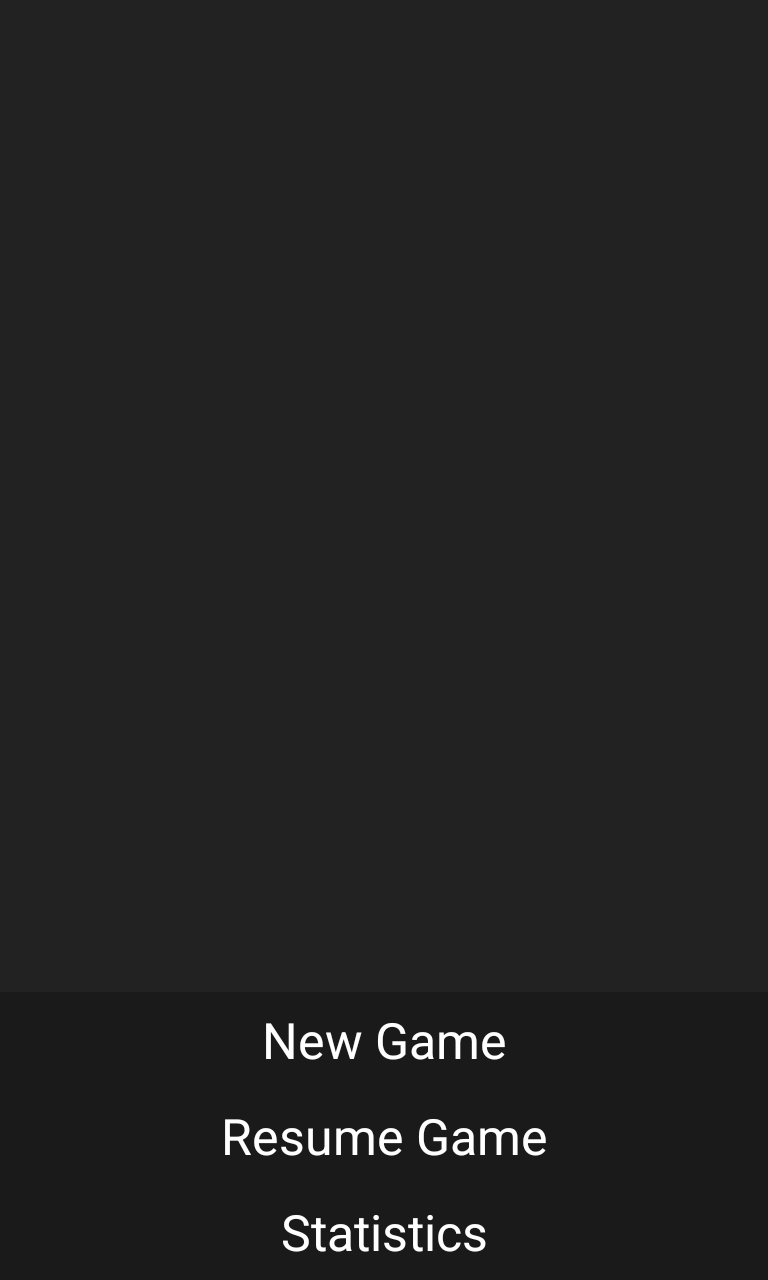
Repository: andyhurd/SuperMunchkin
Layout: SuperMunchkin/res/layout/activity_main_menu.xml
The author's editor kept a copy of each file at every save. The layout is drawn from the files as they stood at one save, then again after the next save.
It is drawn on a 768 x 1280 px phone screen (xhdpi) without system bars, with theme AppTheme; the app's code is not run.

Above is the layout before, as saved 2012-11-02 01:19:05.

### SuperMunchkin/res/layout/activity_main_menu.xml

    <LinearLayout xmlns:android="http://schemas.android.com/apk/res/android"
        android:layout_width="fill_parent"
        android:layout_height="fill_parent"
        android:orientation="vertical"
        android:gravity="bottom"
        android:background="@color/charcoal" >

	    <LinearLayout
	        android:layout_width="fill_parent"
	        android:layout_height="wrap_content"
	        android:orientation="vertical"
	        android:gravity="center"
	        android:background="@color/charcoal_accent" >

	        <Button
	            android:id="@+id/newGameButton"
	            android:layout_width="match_parent"
	            android:layout_height="wrap_content"
	            android:text="@string/new_game"
		        android:textColor="@android:color/white"
		        android:textSize="25dip"
		        style="?android:attr/borderlessButtonStyle" />

	        <Button
	            android:id="@+id/resumeGameButton"
	            android:layout_width="match_parent"
	            android:layout_height="wrap_content"
	            android:text="@string/resume_game"
		        android:textColor="@android:color/white"
		        android:textSize="25dip"
		        style="?android:attr/borderlessButtonStyle" />

	        <Button
	            android:id="@+id/statisticsButton"
	            android:layout_width="match_parent"
	            android:layout_height="wrap_content"
	            android:text="@string/statistics"
		        android:textColor="@android:color/white"
		        android:textSize="25dip"
		        style="?android:attr/borderlessButtonStyle" />
        </LinearLayout>

    </LinearLayout>

### SuperMunchkin/res/values/colors.xml
<resources>

    <color name="charcoal">#222222</color>
    <color name="charcoal_accent">#1A1A1A</color>
    <color name="mist">#BBBBBB</color>
    <color name="holo_blue_bright">#FF33FFFF</color>

</resources>

### SuperMunchkin/res/values/strings.xml
<resources>

    <string name="app_name">SuperMunchkin</string>
    <string name="averageGearAbbr">AVG GEAR</string>
    <string name="averageLevelAbbr">AVG LEVEL</string>
    <string name="cancel">Cancel</string>
    <string name="choose_next">Choose Next</string>
    <string name="declare_victor">is the winner!</string>
    <string name="done">Done</string>
    <string name="false_abbr">F</string>
    <string name="finish">Finish</string>
    <string name="firstName">First Name</string>
    <string name="first_player_prompt">Who Plays First?</string>
    <string name="gamesPlayedAbbr">GAMES PLAYED</string>
    <string name="gamesWonAbbr">GAMES WON</string>
    <string name="gear">Gear</string>
    <string name="gearAbbr">GEAR</string>
    <string name="lastName">Last Name</string>
    <string name="level">Level</string>
    <string name="levelAbbr">LEVEL</string>
    <string name="menu_settings">Settings</string>
    <string name="nextPlayer">Next Player</string>
    <string name="next_player_prompt">Who Plays Next?</string>
    <string name="one">1</string>
    <string name="new_game">New Game</string>
    <string name="player">PLAYER</string>
    <string name="playerName">Player Name</string>
    <string name="plus_sign">+</string>
    <string name="previousPlayer">Previous Player</string>
    <string name="reorder">Reorder</string>
    <string name="removePlayers">Remove Players</string>
    <string name="remove">Remove</string>
    <string name="restorePlayers">Restore Players</string>
    <string name="restore">Restore</string>
    <string name="resume_game">Resume Game</string>
    <string name="unfinished_game">Unfinished Game</string>
    <string name="save">Save</string>
    <string name="start">Start</string>
    <string name="statistics">Statistics</string>
    <string name="totalGearAbbr">TOTAL GEAR</string>
    <string name="totalLevelAbbr">TOTAL LEVEL</string>
    <string name="true_abbr">T</string>
    <string name="warrior">Warrior</string>
    <string name="warriorAbbr">WARR</string>
    <string name="warriorFull">WARRIOR</string>
    <string name="winPercentageAbbr">WIN%</string>
    <string name="zero">0</string>
    <string name="zeroPercent">0.0%</string>

</resources>

Loaded but not shown: SuperMunchkin/res/values-v11/styles.xml (common file); SuperMunchkin/res/values-v14/styles.xml (common file); SuperMunchkin/res/values/styles.xml (common file)

After the next save:
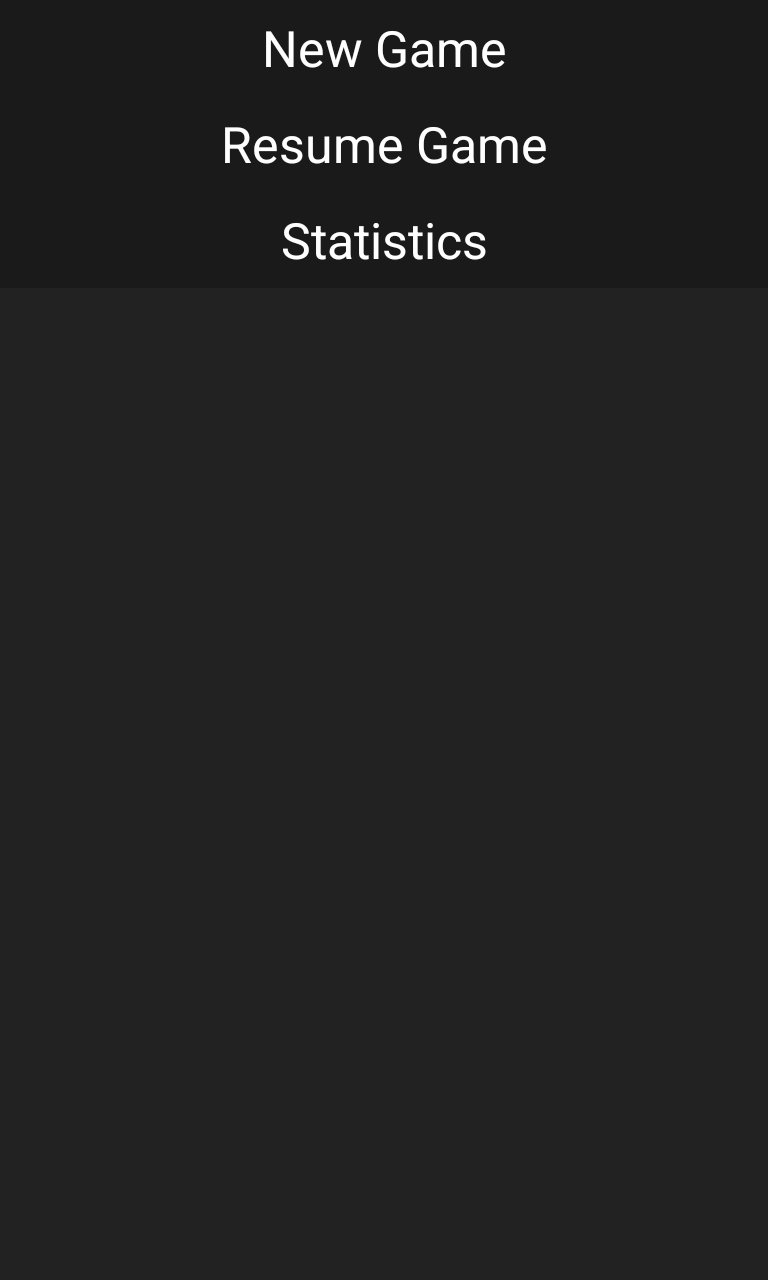
Saved 40 s later.
--- a/SuperMunchkin/res/layout/activity_main_menu.xml
+++ b/SuperMunchkin/res/layout/activity_main_menu.xml
@@ -3,7 +3,7 @@
         android:layout_width="fill_parent"
         android:layout_height="fill_parent"
         android:orientation="vertical"
-        android:gravity="bottom"
+        android:gravity="top"
         android:background="@color/charcoal" >
 
 	    <LinearLayout
